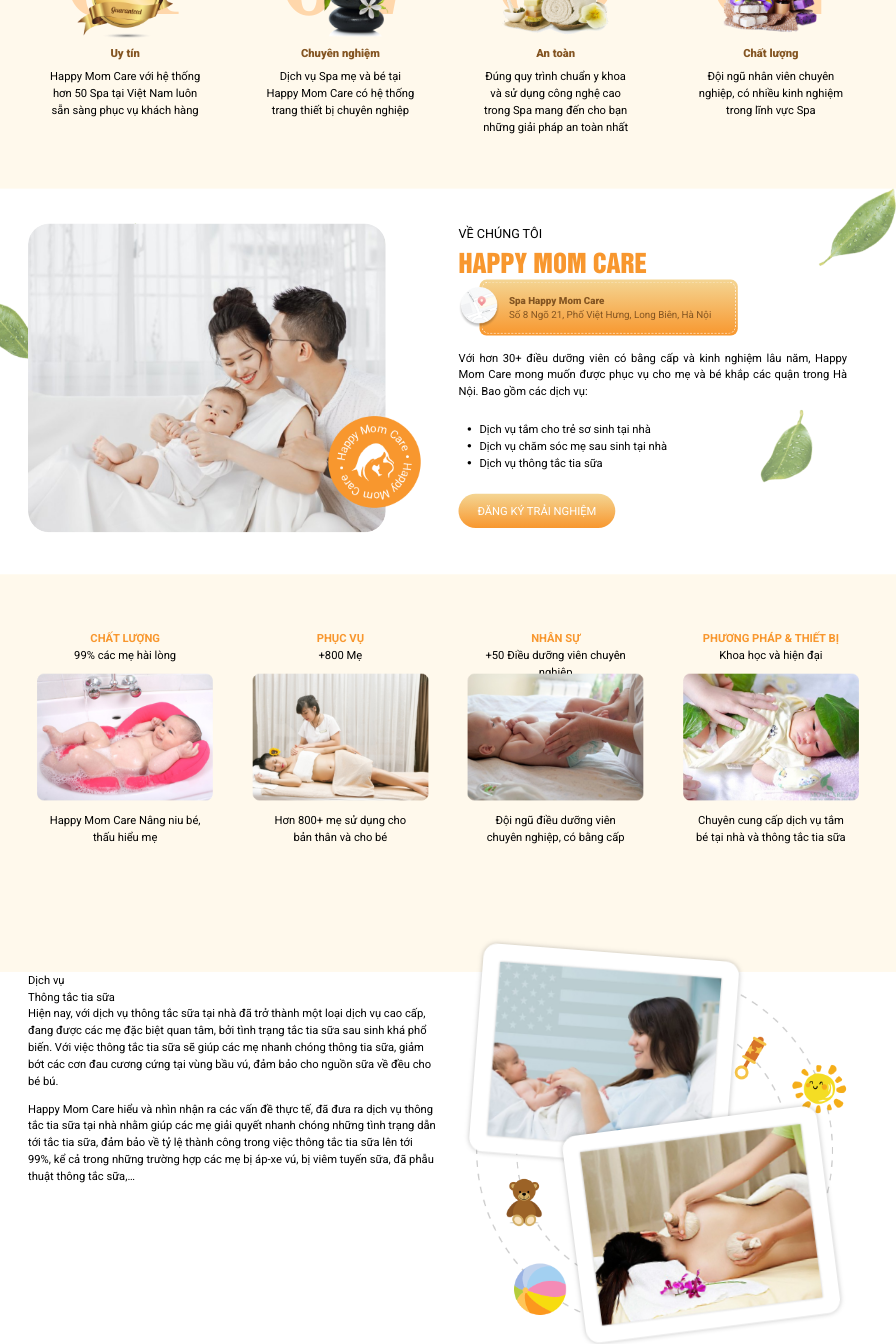
Repository: haianh12082001/happymom
Page: index.html
These files come from the project's save history. The page is drawn as it stood at one moment and after the next save; the edit follows.
The browser window is 1280 px wide. The pictures show the part of the page from y = 849 to 2769 px (the page is 2769 px tall before and 2749 px after), at 70% of full size.
Some web libraries are served in a nearby version. The style sheet was rebuilt from its Sass, Less or Tailwind sources for each picture, by a compiler version that may differ from the author's.

Above is the page before, as saved 2021-11-16 10:05:53.

After the next save:
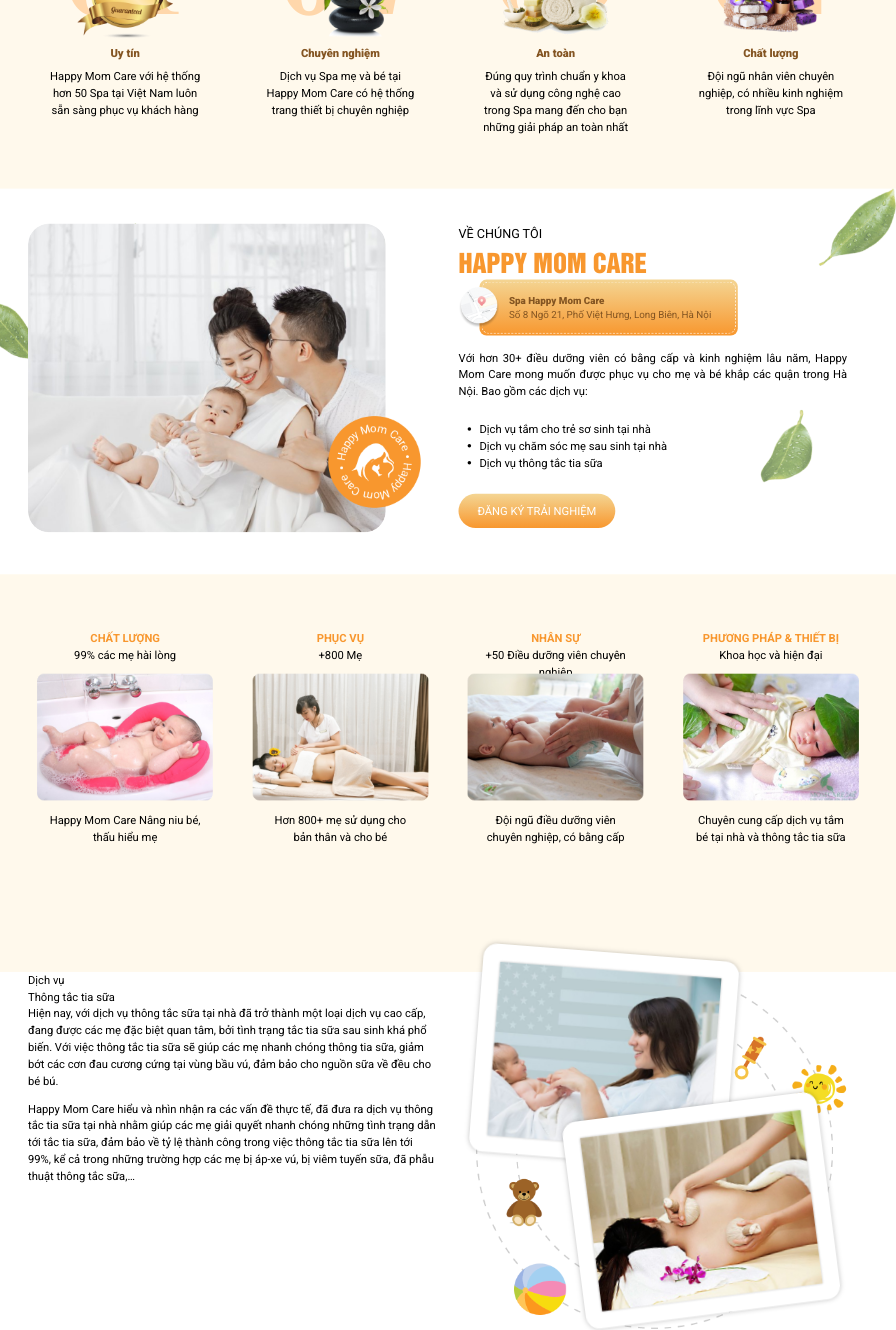
Saved 15 s later.
--- a/assets/sass/_service.scss
+++ b/assets/sass/_service.scss
@@ -22,7 +22,7 @@
     }
     &__img--bottom {
         position: absolute;
-        bottom: 0;
+        bottom: 20px;
         right: 70px;
         padding: 20px;
         filter: drop-shadow(0px 0px 4px rgba(0, 0, 0, 0.25));
